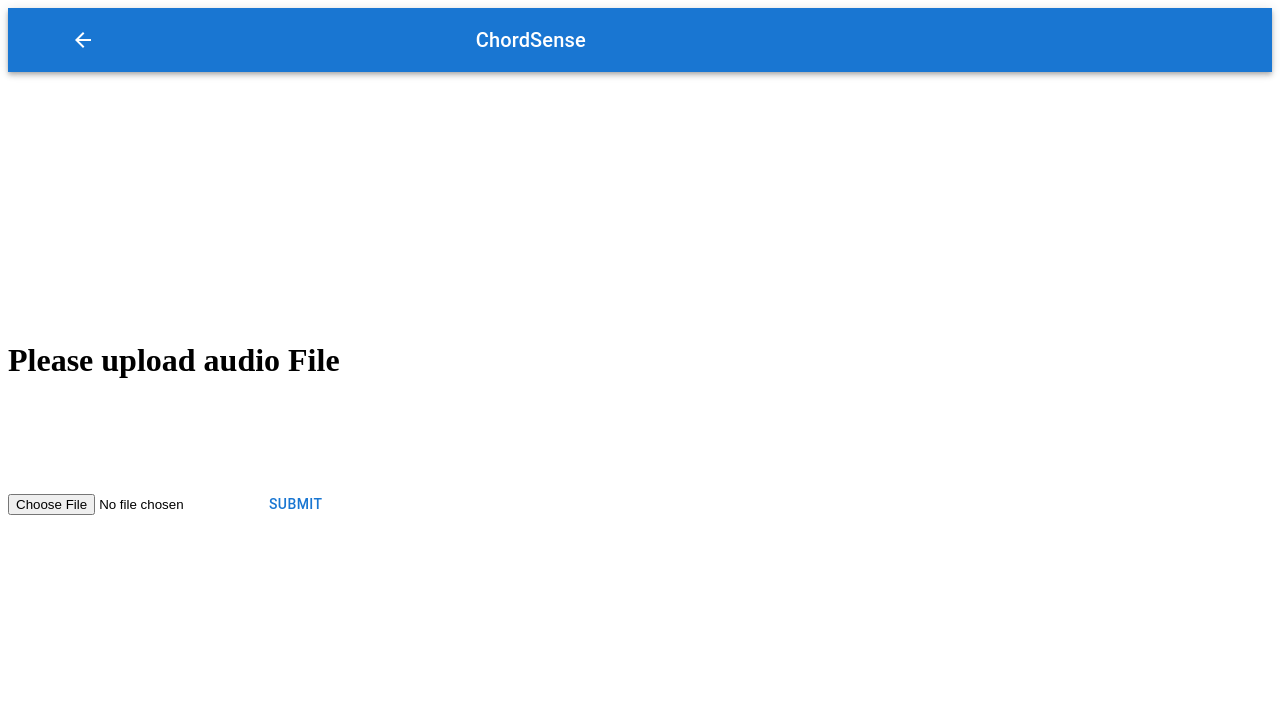
Repository: shamu332/ChordSense
Page: / (app in ui/)
An editor plug-in stored every save of this project. The page is shown before and after the next save, followed by the edit.
The browser window is 1280 px wide. The pictures show the whole page.
The project was rebuilt for these pictures with package versions that can differ from the ones it lists, and the page was loaded fresh each time. Also part of the build but not shown: ui/src/pages/Results.js.

Above is the page before, as saved 2023-03-11 15:49:06.

### ui/src/index.js

import React from "react";
import ReactDOM from "react-dom";
import { BrowserRouter as Router, Routes, Route } from "react-router-dom";
import Results from "./pages/Results";
import Landing from "./pages/Landing";

ReactDOM.render(
  <>
    <Router>
      <Routes>
        <Route path="/" element={<Landing />} />
        <Route path="/results" element={<Results />} />
      </Routes>
    </Router>
  </>,
  document.getElementById("root")
);

### ui/src/pages/Landing.js
import React, { useState, ChangeEvent } from "react";
import Header from "../Header";
import CircularProgress from "@mui/material/CircularProgress";
import UploadFileIcon from '@mui/icons-material/UploadFile';
import Button from '@mui/material/Button';
import { useNavigate } from "react-router-dom";

function Scanner() {
  const [loader, setLoader] = useState(false);
  const [selectedFile, setSelectedFile] = useState();
  const [isFilePicked, setIsFilePicked] = useState(false);
  let navigate = useNavigate();

  function toggleLoader() {
    setLoader(!loader);
  }


const changeHandler = (event) => {
	setSelectedFile(event.target.files[0]);
	setIsFilePicked(true);
};



  return (
    <>
      <Header />
      <div
        style={{
          display: "flex",
          alignItems: "flex-end",
          height: "30vh",
        }}
      >
      </div>
      {loader ? (
        <div
          style={{
            display: "flex",
            justifyContent: "center",
            alignItems: "center",
            height: "10vh",
          }}
        >
          <CircularProgress />
        </div>
      ) : (
        <>
                <div style={{
                  display: "flex",
                  alignItems: "center",
                  height:"20vh",
                }}>
                    <h1>Please upload audio File

                    </h1>
                </div>
          <div
            style={{
              display: "flex",
              alignItems: "center",
              height:"20vh",
            }}
          >
            <input type="file" name="file" onChange={changeHandler} />
                {isFilePicked ? (
                    <>
                    <div>
                        <p>Filename: {selectedFile.name}</p>
                        <p>Filetype: {selectedFile.type}</p>
                        <p>Size in bytes: {selectedFile.size}</p>
                    </div>
                    <div
                    style={{
                      display: "flex",
                    }}
                  >
                    <Button
                      onClick={toggleLoader}
                      variant="contained"
                    >
                      Submit
                    </Button>
                  </div>
                  </>
                ) : (
                    <div
                    style={{
                      display: "flex",
                    }}
                  >
                    <Button diable>
                        Submit</Button>
                        </div>
                )}

          </div>
        </>
      )}
    </>
  );
}

export default Scanner;

### ui/src/Header.js
import * as React from "react";
import AppBar from "@mui/material/AppBar";
import Box from "@mui/material/Box";
import Toolbar from "@mui/material/Toolbar";
import Typography from "@mui/material/Typography";
import IconButton from "@mui/material/IconButton";
import ArrowBackIcon from "@mui/icons-material/ArrowBack";
import { useNavigate } from "react-router-dom";

export default function Header() {
  const navigate = useNavigate();
  return (
    <Box sx={{ flexGrow: 1 }}>
      <AppBar position="static">
        <Toolbar>
          <IconButton
            size="large"
            edge="start"
            color="inherit"
            aria-label="menu"
            sx={{ mr: 2 }}
          ></IconButton>
          <ArrowBackIcon
            onClick={() => navigate(-1)}
            sx={{ position: "absolute", left: "5%" }}
          />
          <Typography
            variant="h6"
            component="div"
            sx={{ flexGrow: 1, position: "absolute", left: "37%" }}
          >
            ChordSense
          </Typography>
        </Toolbar>
      </AppBar>
    </Box>
  );
}

Loaded but not shown: ui/public/index.html (common file)

After the next save:
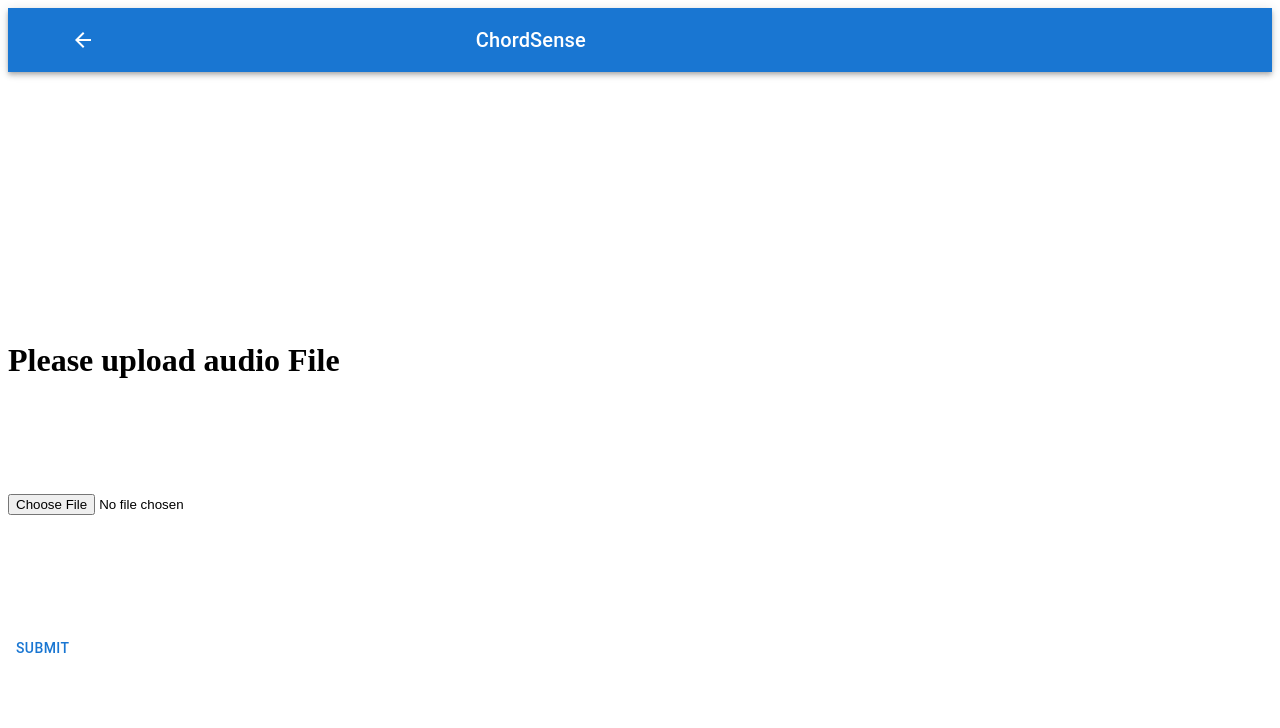
Saved 3 min 1 s later.
--- a/ui/src/pages/Landing.js
+++ b/ui/src/pages/Landing.js
@@ -65,36 +65,31 @@ const changeHandler = (event) => {
           >
             <input type="file" name="file" onChange={changeHandler} />
                 {isFilePicked ? (
-                    <>
                     <div>
                         <p>Filename: {selectedFile.name}</p>
                         <p>Filetype: {selectedFile.type}</p>
                         <p>Size in bytes: {selectedFile.size}</p>
                     </div>
-                    <div
-                    style={{
-                      display: "flex",
-                    }}
-                  >
-                    <Button
-                      onClick={toggleLoader}
-                      variant="contained"
-                    >
-                      Submit
+                ) : (
+                    <p></p>
+                )}
+          </div>
+          <div style={{
+              display: "flex",
+              alignItems: "center",
+              height:"20vh",
+            }}>
+                {isFilePicked ? (
+                    <div>
+                        <Button variant="contained">
+                            Submit
+                        </Button>
+                    </div>
+                ) : (
+                    <Button disable>
+                        Submit
                     </Button>
-                  </div>
-                  </>
-                ) : (
-                    <div
-                    style={{
-                      display: "flex",
-                    }}
-                  >
-                    <Button diable>
-                        Submit</Button>
-                        </div>
                 )}
-
           </div>
         </>
       )}
